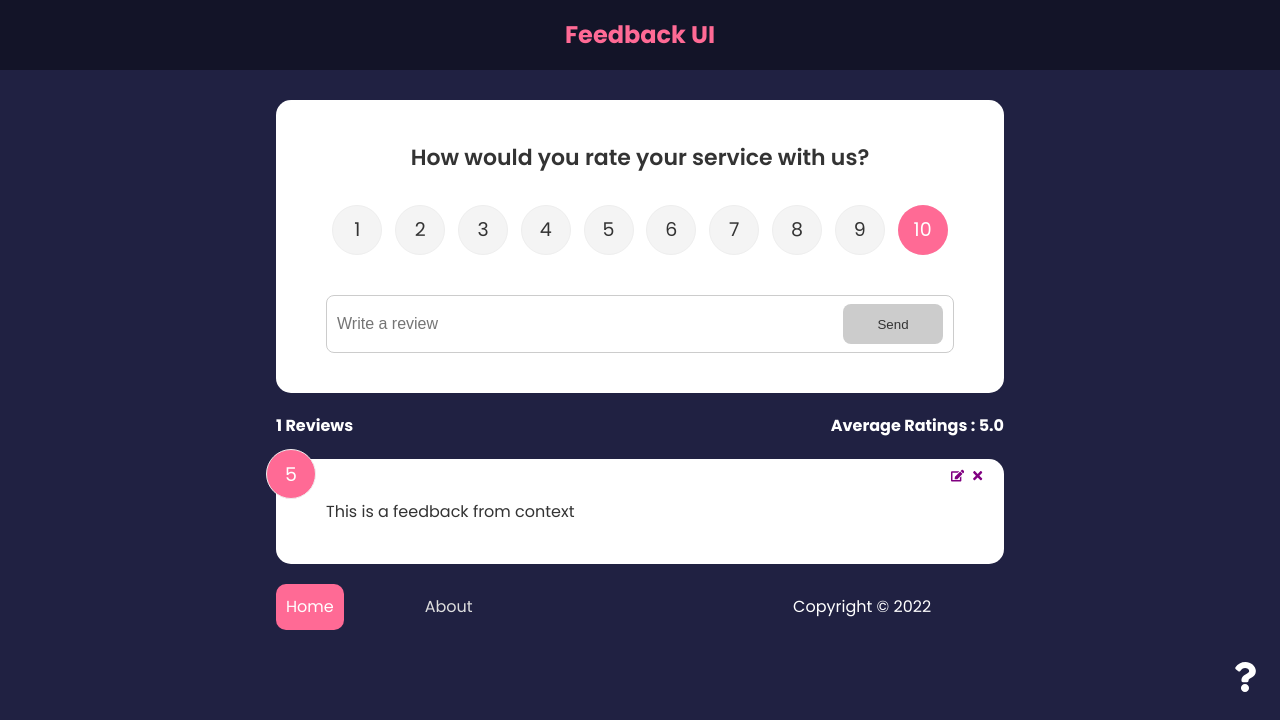
Repository: bayorwor/feedbackapp
Page: /
These files come from the project's save history. The page is drawn as it stood at one moment and after the next save; the edit follows.
The browser window is 1280 px wide. The pictures show the whole page.
The project was rebuilt for these pictures with package versions that can differ from the ones it lists, and the page was loaded fresh each time. Also part of the build but not shown: src/pages/AboutPage.jsx.

Above is the page before, as saved 2022-01-31 12:50:23.

### public/index.html
<!DOCTYPE html>
<html lang="en">
  <head>
    <meta charset="utf-8" />
    <link rel="icon" href="%PUBLIC_URL%/favicon.ico" />
    <meta name="viewport" content="width=device-width, initial-scale=1" />
    <meta name="theme-color" content="#000000" />
    <meta
      name="description"
      content="Web site created using create-react-app"
    />
    <link rel="apple-touch-icon" href="%PUBLIC_URL%/logo192.png" />
    <link rel="manifest" href="%PUBLIC_URL%/manifest.json" />
    <title>feedback app</title>
  </head>
  <body>
    <noscript>You need to enable JavaScript to run this app.</noscript>
    <div id="root"></div>
  </body>
</html>

### src/index.css
@import url("https://fonts.googleapis.com/css2?family=Poppins:wght@400;600;700&display=swap");

* {
  box-sizing: border-box;
  margin: 0;
  padding: 0;
}

body {
  font-family: "Poppins", sans-serif;
  background-color: #202142;
  color: #fff;
  line-height: 1.6;
}

ul {
  list-style: none;
}

.container {
  max-width: 768px;
  margin: auto;
  padding: 0 20px;
}

header {
  height: 70px;
  width: 100%;
  display: flex;
  justify-content: space-between;
  align-items: center;
  margin-bottom: 30px;
}

.card {
  background-color: #fff;
  color: #333;
  border-radius: 15px;
  padding: 40px 50px;
  margin: 20px 0;
  position: relative;
}

.card.reverse {
  background-color: rgba(0, 0, 0, 0.4);
  color: #fff;
}

.card h2 {
  font-size: 22px;
  font-weight: 600;
  text-align: center;
}

.rating {
  display: flex;
  align-items: center;
  justify-content: space-around;
  margin: 30px 0 40px;
}

.rating li,
.num-display {
  position: relative;
  background: #f4f4f4;
  width: 50px;
  height: 50px;
  padding: 10px;
  text-align: center;
  border-radius: 50%;
  font-size: 19px;
  border: 1px #eee solid;
  transition: 0.3s;
}

.rating li label {
  position: absolute;
  top: 50%;
  left: 50%;
  width: 50px;
  height: 50px;
  padding: 10px;
  border-radius: 50%;
  transform: translate(-50%, -50%);
  cursor: pointer;
}

.rating li:hover,
.num-display {
  background: #ff6a95;
  color: #fff;
}

[type="radio"] {
  opacity: 0;
}

[type="radio"]:checked ~ label {
  background: #ff6a95;
  color: #fff;
}

.input-group {
  display: flex;
  flex-direction: row;
  border: 1px solid #ccc;
  padding: 8px 10px;
  border-radius: 8px;
}

input {
  flex-grow: 2;
  border: none;
  font-size: 16px;
}

input:focus {
  outline: none;
}

.feedback-stats {
  color: #fff;
  display: flex;
  justify-content: space-between;
  align-items: center;
}

.num-display {
  position: absolute;
  top: -10px;
  left: -10px;
}

.close,
.edit {
  position: absolute;
  top: 10px;
  right: 20px;
  cursor: pointer;
  background: none;
  border: none;
}

.edit {
  right: 40px;
}

.btn {
  color: #fff;
  border: 0;
  border-radius: 8px;
  color: #fff;
  width: 100px;
  height: 40px;
  cursor: pointer;
}

.btn-primary {
  background-color: #202142;
}

.btn-secondary {
  background: #ff6a95;
}

.btn:hover {
  transform: scale(0.98);
  opacity: 0.9;
}

.btn:disabled {
  background-color: #cccccc;
  color: #333;
  cursor: auto;
}

.btn:disabled:hover {
  transform: scale(1);
  opacity: 1;
}

.message {
  padding-top: 10px;
  text-align: center;
  color: rebeccapurple;
}

.about-link {
  position: absolute;
  bottom: 20px;
  right: 20px;
  color: #fff;
  cursor: pointer;
}

.about-link a {
  color: #fff;
}

.about-link a:hover {
  color: #ff6a95;
}

.about h1 {
  margin-bottom: 20px;
}

.about p {
  margin: 10px 0;
}

@media (max-width: 600px) {
  .rating li {
    margin: 10px 3px;
  }

  .rating {
    display: flex;
    align-items: center;
    justify-content: center;
    flex-wrap: wrap;
    margin: 30px 0 40px;
  }

  .input-group input {
    width: 80%;
  }
}
.active {
  background: #ff6a95;
  color: #fff;
  padding: 10px;
  border-radius: 10px;
}
a {
  text-decoration: none;
  color: #dedede;
}
.footer {
  display: flex;
  justify-content: space-between;
  align-items: center;
  width: 90%;
}

.footer-container {
  display: flex;
  justify-content: space-between;
  align-items: center;
  width: 30%;
}

### src/App.js
import { BrowserRouter as Router, Route, Routes } from "react-router-dom";
import Header from "./components/Header";
import FeedbackList from "./components/FeedbackList";
import FeedbackStats from "./components/FeedbackStats";
import FeedbackForm from "./components/FeedbackForm";
import AboutPage from "./pages/AboutPage";
import AboutIconLink from "./components/AboutIconLink";
import Footer from "./components/Footer";
import { FeedbackProvider } from "./context/FeedbackContext";

const App = () => {
  return (
    <FeedbackProvider>
      <Router>
        <Header />
        <div className="container">
          <Routes>
            <Route
              exact
              path="/"
              element={
                <>
                  <FeedbackForm />
                  <FeedbackStats />
                  <FeedbackList />
                </>
              }
            ></Route>
            <Route path="/about" element={<AboutPage />} />
          </Routes>
          <Footer />
          <AboutIconLink />
        </div>
      </Router>
    </FeedbackProvider>
  );
};

export default App;

### src/components/Header.jsx
import React from "react";
import PropTypes from "prop-types";

const Header = ({ text, bgColor, textColor }) => {
  const headerStyle = {
    backgroundColor: bgColor,
    color: textColor,
  };

  return (
    <header style={headerStyle}>
      <div className="container">
        <h2>{text}</h2>
      </div>
    </header>
  );
};

Header.defaultProps = {
  text: "Feedback UI",
  bgColor: "rgba(0, 0, 0, 0.4)",
  textColor: "#ff6a95",
};

Header.propTypes = {
  text: PropTypes.string,
  bgColor: PropTypes.string,
  textColor: PropTypes.string,
};

export default Header;

### src/components/FeedbackList.jsx
import { useContext } from "react";
import { motion, AnimatePresence } from "framer-motion";
import FeedbaackItem from "./FeedbaackItem";
import Card from "./shared/Card";
import FeedbackContext from "../context/FeedbackContext";

function FeedbackList() {
  const { feedback } = useContext(FeedbackContext);
  if (!feedback || feedback.length === 0) {
    return (
      <Card reverse={true}>
        <p>There are no feedbacks to display</p>
      </Card>
    );
  }

  return (
    <div className="feedback-list">
      <AnimatePresence>
        {feedback.map((feedback) => (
          <motion.div
            key={feedback.id}
            initial={{ opacity: 0 }}
            animate={{ opacity: 1 }}
            exit={{ opacity: 0 }}
          >
            <FeedbaackItem key={feedback.id} feedback={feedback} />
          </motion.div>
        ))}
      </AnimatePresence>
    </div>
  );
}

export default FeedbackList;

### src/components/FeedbackStats.jsx
import { useContext } from "react";
import FeedbackContext from "../context/FeedbackContext";

function FeedbackStats() {
  const { feedback } = useContext(FeedbackContext);

  let average =
    feedback.reduce((total, feedback) => total + feedback.rating, 0) /
    feedback.length;

  average = average.toFixed(1);

  return (
    <div className="feedback-stats">
      <h4>{feedback.length} Reviews</h4>
      <h4>Average Ratings : {isNaN(average) ? 0 : average}</h4>
    </div>
  );
}

export default FeedbackStats;

### src/components/FeedbackForm.jsx
import { useState, useContext } from "react";
import Card from "./shared/Card";
import Button from "./shared/Button";
import RatingSelect from "./RatingSelect";
import FeedbackContext from "../context/FeedbackContext";

function FeedbackForm() {
  const [text, setText] = useState("");
  const [rating, setRating] = useState(10);
  const [btnDisabled, setBtnDisabled] = useState(true);
  const [message, setMessage] = useState("");

  const { addFeedback } = useContext(FeedbackContext);

  const handleChange = (event) => {
    if (text === "") {
      setBtnDisabled(true);
      setMessage(null);
    } else if (text !== "" && text.trim().length <= 10) {
      setBtnDisabled(true);
      setMessage("Please enter at least 10 characters");
    } else {
      setBtnDisabled(false);
      setMessage(null);
    }
    setText(event.target.value);
  };

  const handleSubmit = (event) => {
    event.preventDefault();
    if (text.trim().length > 10) {
      const newFeedback = {
        text,
        rating,
      };
      addFeedback(newFeedback);
      setText("");
      setRating(10);
      setBtnDisabled(true);
    }
  };

  return (
    <Card>
      <form onSubmit={handleSubmit}>
        <h2>How would you rate your service with us?</h2>
        <RatingSelect select={(rating) => setRating(rating)} />
        <div className="input-group">
          <input
            onChange={handleChange}
            value={text}
            type="text"
            placeholder="Write a review"
          />
          <Button type="submit" isDisabled={btnDisabled}>
            Send
          </Button>
        </div>
        {message && <div className="message">{message}</div>}
      </form>
    </Card>
  );
}

export default FeedbackForm;

### src/components/AboutIconLink.jsx
import React from "react";
import { FaQuestion } from "react-icons/fa";
import { Link } from "react-router-dom";

function AboutIconLink() {
  return (
    <div className="about-link">
      <Link to="/about">
        <FaQuestion size={30} />
      </Link>
    </div>
  );
}

export default AboutIconLink;

### src/components/Footer.jsx
import { NavLink } from "react-router-dom";

function Footer() {
  var today = new Date();
  var year = today.getFullYear();

  return (
    <>
      <div className="footer">
        <div className="footer-container">
          <NavLink activeClassName="active" to="/">
            Home
          </NavLink>
          <NavLink activeClassName="active" to="/about">
            About
          </NavLink>
        </div>
        <p>Copyright &copy; {year}</p>
      </div>
    </>
  );
}

export default Footer;

### src/context/FeedbackContext.js
import { createContext, useState } from "react";
import { v4 as uuidV4 } from "uuid";

const FeedbackContext = createContext();

export const FeedbackProvider = ({ children }) => {
  const [feedback, setFeedback] = useState([
    {
      id: 1,
      text: "This is a feedback from  context",
      rating: 5,
    },
  ]);

  const deleteFeedback = (id) => {
    if (window.confirm("Are you sure you want to delete this feedback?")) {
      setFeedback(feedback.filter((feedback) => feedback.id !== id));
    }
  };

  const addFeedback = (newFeedback) => {
    newFeedback.id = uuidV4();
    setFeedback([newFeedback, ...feedback]);
  };

  return (
    <FeedbackContext.Provider value={{ feedback, deleteFeedback, addFeedback }}>
      {children}
    </FeedbackContext.Provider>
  );
};

export default FeedbackContext;

### src/components/FeedbaackItem.jsx
import { FaEdit, FaTimes } from "react-icons/fa";
import { useContext } from "react";
import PropTypes from "prop-types";
import Card from "./shared/Card";
import FeedbackContext from "../context/FeedbackContext";

function FeedbaackItem({ feedback }) {
  const { deleteFeedback } = useContext(FeedbackContext);

  return (
    <Card>
      <div className="num-display">{feedback.rating}</div>
      <button onClick={() => deleteFeedback(feedback.id)} className="close">
        <FaTimes color="purple" />
      </button>
      <button className="edit">
        <FaEdit color="purple" />
      </button>
      <div className="text-display">{feedback.text}</div>
    </Card>
  );
}

FeedbaackItem.propTypes = {
  feedback: PropTypes.object.isRequired,
};

export default FeedbaackItem;

### src/components/shared/Card.jsx
import React from "react";
import PropTypes from "prop-types";

function Card({ children, reverse }) {
  return <div className={`card ${reverse && "reverse"}`}>{children}</div>;
}

Card.defaultProps = {
  reverse: false,
};

Card.propTypes = {
  children: PropTypes.node.isRequired,
  reverse: PropTypes.bool,
};

export default Card;

### src/components/shared/Button.js
import PropTypes from "prop-types";

function Button({ children, version, type, isDisabled }) {
  return (
    <button type={type} disabled={isDisabled} className={`btn btn-${version}`}>
      {children}
    </button>
  );
}

Button.defaultProps = {
  version: "primary",
  type: "button",
  isDisabled: false,
};

Button.prototype = {
  children: PropTypes.node.isRequired,
  version: PropTypes.string,
  type: PropTypes.string,
  isDisabled: PropTypes.bool,
};

export default Button;

### src/components/RatingSelect.jsx
import { useState } from "react";

function RatingSelect({ select }) {
  const [selected, setSelected] = useState(10);

  const handleChange = (event) => {
    setSelected(+event.currentTarget.value);
    select(+event.currentTarget.value);
  };

  return (
    <ul className="rating">
      <li>
        <input
          type="radio"
          id="num1"
          name="rating"
          value="1"
          onChange={handleChange}
          checked={selected === 1}
        />
        <label htmlFor="num1">1</label>
      </li>
      <li>
        <input
          type="radio"
          id="num2"
          name="rating"
          value="2"
          onChange={handleChange}
          checked={selected === 2}
        />
        <label htmlFor="num2">2</label>
      </li>
      <li>
        <input
          type="radio"
          id="num3"
          name="rating"
          value="3"
          onChange={handleChange}
          checked={selected === 3}
        />
        <label htmlFor="num3">3</label>
      </li>
      <li>
        <input
          type="radio"
          id="num4"
          name="rating"
          value="4"
          onChange={handleChange}
          checked={selected === 4}
        />
        <label htmlFor="num4">4</label>
      </li>
      <li>
        <input
          type="radio"
          id="num5"
          name="rating"
          value="5"
          onChange={handleChange}
          checked={selected === 5}
        />
        <label htmlFor="num5">5</label>
      </li>
      <li>
        <input
          type="radio"
          id="num6"
          name="rating"
          value="6"
          onChange={handleChange}
          checked={selected === 6}
        />
        <label htmlFor="num6">6</label>
      </li>
      <li>
        <input
          type="radio"
          id="num7"
          name="rating"
          value="7"
          onChange={handleChange}
          checked={selected === 7}
        />
        <label htmlFor="num7">7</label>
      </li>
      <li>
        <input
          type="radio"
          id="num8"
          name="rating"
          value="8"
          onChange={handleChange}
          checked={selected === 8}
        />
        <label htmlFor="num8">8</label>
      </li>
      <li>
        <input
          type="radio"
          id="num9"
          name="rating"
          value="9"
          onChange={handleChange}
          checked={selected === 9}
        />
        <label htmlFor="num9">9</label>
      </li>
      <li>
        <input
          type="radio"
          id="num10"
          name="rating"
          value="10"
          onChange={handleChange}
          checked={selected === 10}
        />
        <label htmlFor="num10">10</label>
      </li>
    </ul>
  );
}

export default RatingSelect;

Loaded but not shown: src/index.js (common file)

After the next save:
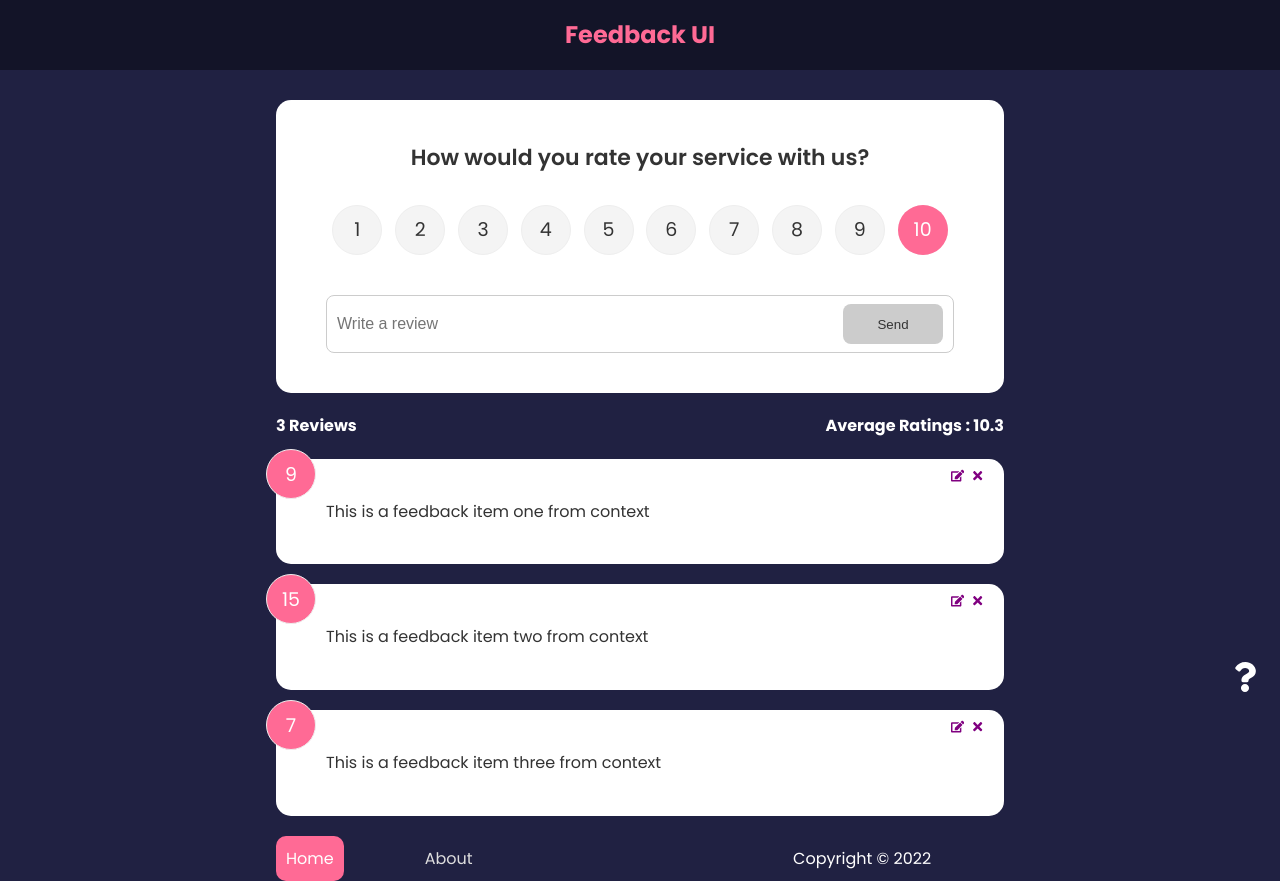
Saved 91 s later.
--- a/src/context/FeedbackContext.js
+++ b/src/context/FeedbackContext.js
@@ -7,8 +7,18 @@ export const FeedbackProvider = ({ children }) => {
   const [feedback, setFeedback] = useState([
     {
       id: 1,
-      text: "This is a feedback from  context",
-      rating: 5,
+      text: "This is a feedback item one from  context",
+      rating: 9,
+    },
+    {
+      id: 2,
+      text: "This is a feedback item two from  context",
+      rating: 15,
+    },
+    {
+      id: 3,
+      text: "This is a feedback item three from  context",
+      rating: 7,
     },
   ]);
 
